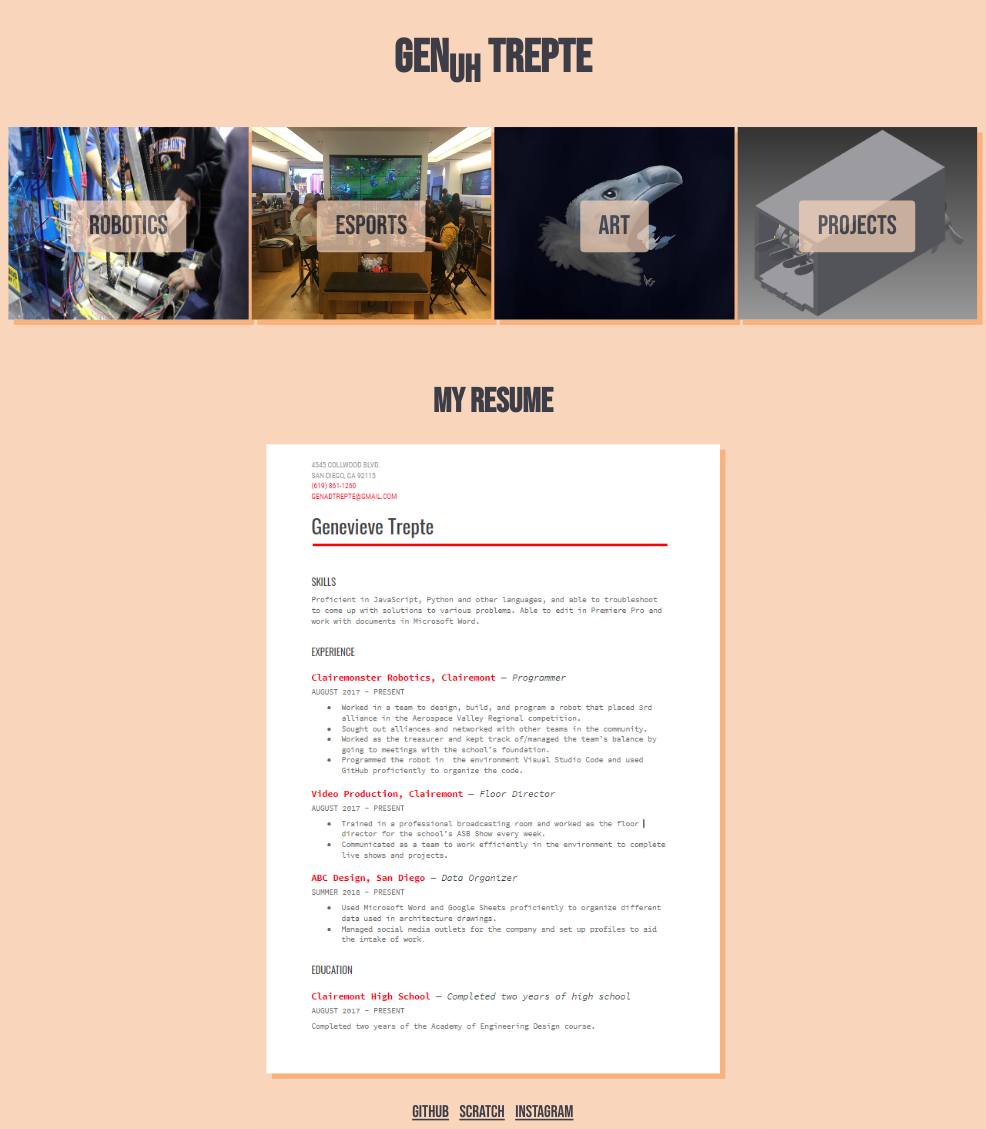
Repository: gennnna/gennnna.github.io
Page: pages/index.html
The author's editor kept a record of every edit. The page is drawn from the files as they stood at one moment, then again after the next edit.
The browser window is 1280 px wide. The pictures show the whole page, at 77% of full size.

Above is the page before.

### pages/index.html
<!DOCTYPE html>
<html>
    <head>
        <link rel="stylesheet" type="text/css" href="//fonts.googleapis.com/css?family=Bebas+Neue">
        <link rel="stylesheet" type="text/css" href="style.css">
        <title>gen-uh</title>
    </head>
    <body>
        <h1 style="font-size:60px;"><center>GEN<sub>UH</sub> TREPTE</center></h1>
        <table align="center">
            <tr>
                <td class="container">
                    <img src="../images/roobotics.JPG" alt="robotics">
                    <form action="robotics.html"><button class="btn">Robotics</button></form>
                </td>
                <td class="container">
                    <img src="../images/esportstourney.JPG" alt="esports">
                    <form action="esports.html"><button class="btn">Esports</button></form>
                </td>
                <td class="container">
                    <img src="../images/art.png" alt="art">
                    <form action="art.html"><button class="btn">Art</button></form>
                </td>
                <td class="container">
                    <img src="../images/skeet.PNG" alt="personalp">
                    <form action="personal.html"><button class="btn">Projects</button></form>
                </td>
            </tr>
        </table>
        <div style="padding:20px"></div>
        <center>
            <h1>My Resume</h1>
            <img src="../images/RESUME.png">
        </center>
        <div style="padding:15px"></div>
        <table align="center">
            <tr>
                <center>
                    <a href="https://github.com/gennnna" target="blank_">Github</a>
                    <a href="https://scratch.mit.edu/users/Nomii/" target="blank_">Scratch</a>
                    <a href="https://www.instagram.com/gennnna/" target="blank_">Instagram</a>
                </center>
            </tr>
        </table>
    </body>
</html>

### pages/style.css
            html{
                scroll-behavior:smooth;
            }
            body{
                background-color:#f9d5bb;
                font-family:menlo;
                color:#3c3d47;
                font-family:'Bebas Neue', cursive;
                font-size:22px;
                padding:.01px;
            }
            aboutbutton{
                background-color:#f9d5bb;
                border:none;
                cursor:pointer;
                color:#3c3d47;
                font-size:35px;
                padding:25px;
                border-radius:5px;
            }
            aboutbutton:hover{
                cursor:pointer;
            }
            button{
                background-color:#f9d5bb;
                border:none;
                color:#3c3d47;
                font-size:20px;
                opacity:.5;
                padding:15px;
                border-radius:5px;
            }
            button:hover{
                box-shadow:0 12px 16px 0 rgba(0,0,0,0.24), 0 17px 50px 0 rgba(0,0,0,0.19);
                opacity:1;
                cursor:pointer;
            }
            /*linkbutton{*/
            /*    height:1px;*/
            /*    width:1px;*/
            /*    opacity:.5;*/
            /*    padding:10px;*/
            /*    border-radius:5px;*/
            /*}*/
            /*linkbutton:hover{*/
            /*    opacity:1;*/
            /*    cursor:pointer;*/
            /*}*/
            .container{
                position:relative;
                width:20%;
            }
            .container img {
                width:100%;
                height:250px;
            }
            .container .btn{
                position: absolute;
                top:50%;
                left:50%;
                transform:translate(-50%,-50%);
                -ms-transform:translate(-50%,-50%);
                background-color:#f9d5bb;
                color:#3c3d47;
                font-size:16px;
                padding:12px 24px;
                border:none;
                cursor:pointer;
                border-radius:5px;
                opacity:70%;
                font-family:'Bebas Neue', cursive;
                font-size:35px;
            }
            .container .btn:hover{
                opacity:100%;
                cursor:pointer;
            }
/*            imgfloats{
                float:right;
            }*/
            a{
                color:#3c3d47;
                padding:5px;
            }
            img{
                box-shadow:7px 7px #F9B27E;
            }

After the next edit:
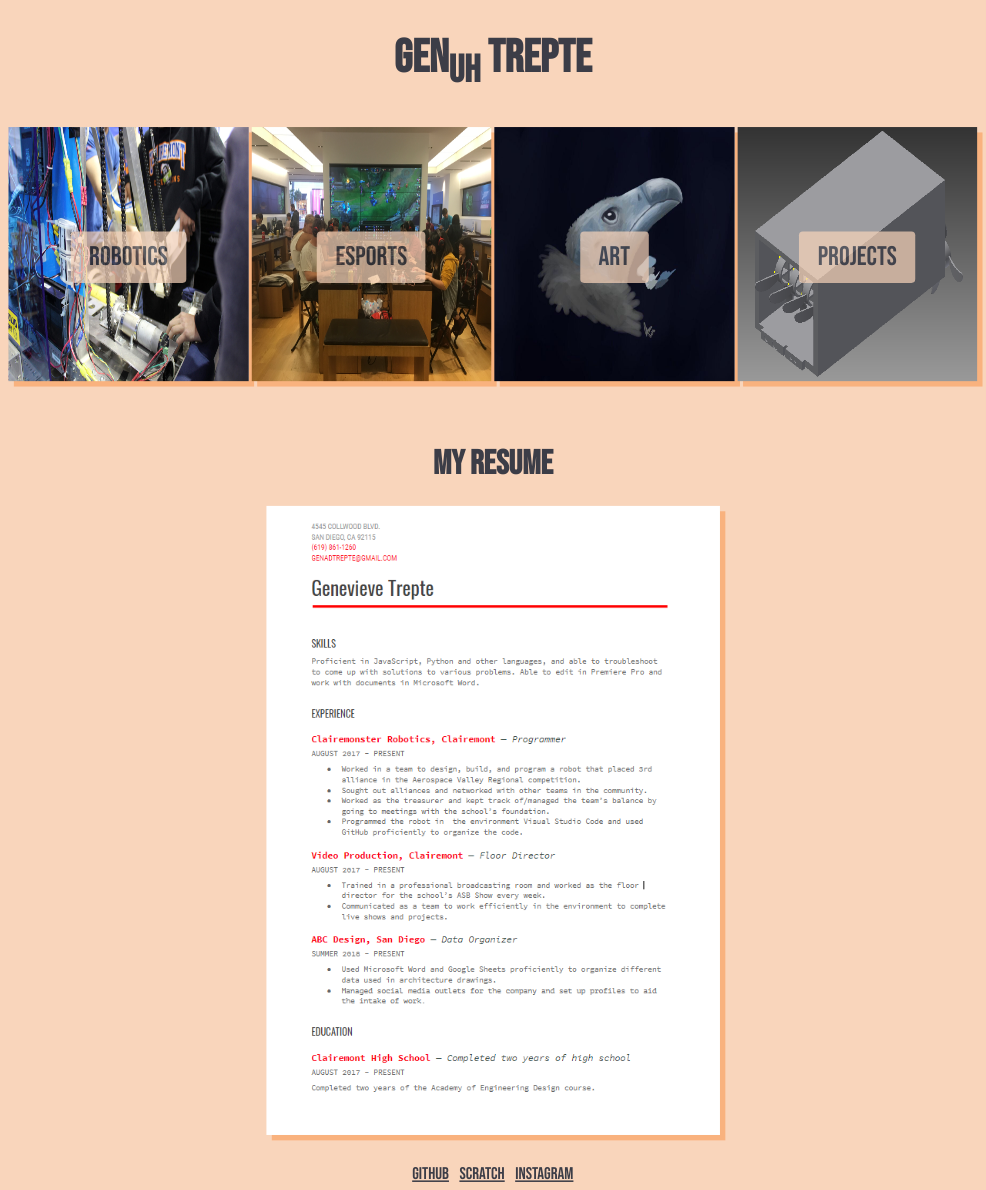
The edit:
--- a/pages/style.css
+++ b/pages/style.css
@@ -52,7 +52,8 @@
             }
             .container img {
                 width:100%;
-                height:250px;
+                height:330px;
+                /*max-width:400px;*/
             }
             .container .btn{
                 position: absolute;
